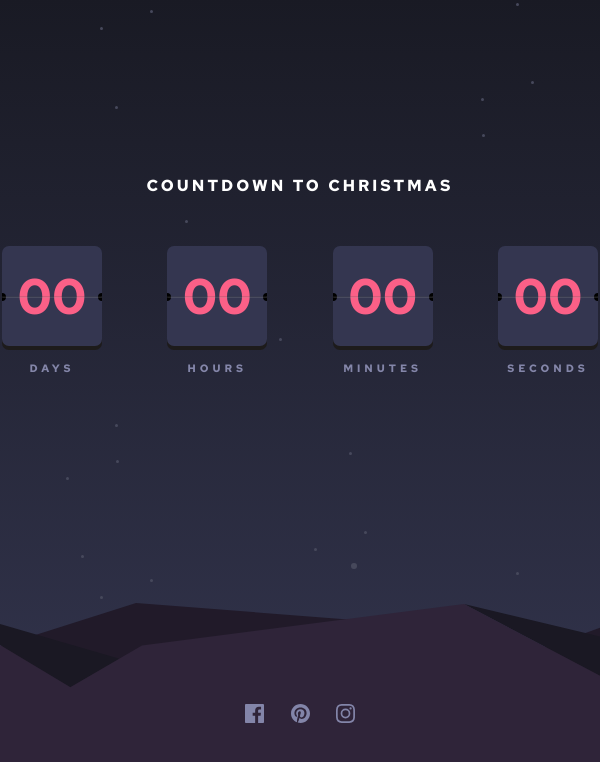
Repository: Eugene44-hub/countdown
Page: index.html
These files come from the project's save history. The page is drawn as it stood at one moment and after the next save; the edit follows.
The browser window is 600 px wide. The pictures show the whole page.

Above is the page before, as saved 2021-09-13 02:34:01.

### index.html
<!DOCTYPE html>
<html lang="en">

<head>
    <meta charset="UTF-8">
    <meta http-equiv="X-UA-Compatible" content="IE=edge">
    <meta name="viewport" content="width=device-width, initial-scale=1.0">
    <title>Document</title>
    <link rel="stylesheet" href="style.css">
</head>

<body>
    <div class="container">


        <div class="timer">
            <h4 class="col10">countdown to christmas</h4>
            <div>
                <div class="card">
                    <div class="circle"></div>
                    <div class="circle circle2"></div>
                    <p id="days">00</p>
                    <hr>
                </div>
                <h6>days</h6>
            </div>
            <div>
                <div class="card">
                    <div class="circle"></div>
                    <div class="circle circle2"></div>
                    <p id="hours">00</p>
                    <hr>
                </div>
                <h6>hours</h6>
            </div>
            <div>
                <div class="card">
                    <div class="circle"></div>
                    <div class="circle circle2"></div>
                    <p id="minutes">00</p>
                    <hr>
                </div>
                <h6>minutes</h6>
            </div>
            <div>
                <div class="card">
                    <div class="circle"></div>
                    <div class="circle circle2"></div>
                    <p id="seconds">00</p>
                    <hr>
                </div>
                <h6>seconds</h6>
            </div>

        </div>
        <footer>
            <div class="social-media" id="facebook">
                <a href=""><img src="images/icon-facebook.svg"></a>
            </div>
            <div class="social-media" id="pinterest">
                <a href="">
                    <img src="images/icon-pinterest.svg">
                </a>
            </div>
            <div class="social-media" id="instagram">
                <a href="">
                    <img src="images/icon-instagram.svg">
                </a>
            </div>



        </footer>
    </div>

    <script src="app.js"></script>

</body>

</html>

</html>

### style.css
    @import url('https://fonts.googleapis.com/css2?family=Red+Hat+Text:wght@700&display=swap');
    * {
        padding: 0;
        margin: 0;
        box-sizing: border-box;
    }

    body {
        /* background-color: hsl(235, 16%, 14%); */
        /* background-color: hsl(234, 17%, 12%); */
        background-image: url('images/pattern-hills.svg'), url('images/bg-stars.svg'), linear-gradient( hsl(235, 18%, 12%), hsl(236, 21%, 26%));
        background-position: bottom, top;
        background-repeat: no-repeat, repeat;
        background-size: contain;
        background-attachment: fixed;
        font-family: 'Red Hat Text';
    }

    .container {
        display: flex;
        width: 100%;
        height: 500px;
        flex-wrap: wrap;
        text-align: center;
    }

    .col10 {
        flex: 100%;
        margin: auto;
    }

    h4 {
        color: white;
        padding: 50px;
        text-transform: uppercase;
        letter-spacing: 3px;
    }

    h6 {
        color: white;
        text-transform: uppercase;
        margin-top: 15px;
        color: hsl(237, 18%, 59%);
        letter-spacing: 4px;
    }

    .timer {
        margin: auto;
        display: flex;
        flex-wrap: wrap;
        justify-content: space-between;
        max-width: 500px;
    }

    .card {
        background-color: hsl(236, 21%, 26%);
        width: 100px;
        height: 100px;
        position: relative;
        overflow: hidden;
        box-shadow: 0px 4px rgb(29, 27, 27);
        border-radius: 7px;
        display: flex;
    }

    p {
        font-size: 50px;
        color: hsl(345, 95%, 68%);
        margin: auto;
    }

    .circle {
        border-width: 4px;
        border-radius: 50%;
        border-color: black;
        border-style: solid;
        height: 1px;
        position: absolute;
        left: -4px;
        top: 47%;
    }

    .circle2 {
        left: 96px;
    }

    hr {
        position: absolute;
        width: 100%;
        top: 50%;
        left: 0%;
        border-color: rgb(158, 158, 158);
        opacity: 0.2;
    }

    footer {
        display: flex;
        justify-content: space-between;
        flex: 100%;
        max-width: 130px;
        position: absolute;
        bottom: 5%;
        left: 50%;
        transform: translate(-50%, -50%);
    }

    img {
        width: 100%
    }

    .social-media {
        width: 30%;
        padding: 10px;
    }

    img:hover {
        background-color: hsl(345, 95%, 68%);
    }

    @media screen and (max-width: 720px) {
        .timer {
            max-width: 100%;
            padding: 2px;
        }
        body {
            background-image: ;
            background-size: auto;
        }
    }
    /* timer color  hsl(345, 95%, 68%)
timer card color hsl(237, 18%, 59%)
* /

### app.js
setInterval(e => {
    const days = document.querySelector('#days');
    const hours = document.querySelector('#hours');
    const minutes = document.querySelector('#minutes');
    const seconds = document.querySelector('#seconds');
    //Actual values
    const proposed = new Date('2021-12-25');
    const current = new Date();

    const proArr = [proposed.getHours(), proposed.getMinutes(), proposed.getSeconds(), proposed.getDay(), proposed.getMonth()];
    let daysTo, hoursTo, minutesTo, secondsTo;

    daysTo = (((proArr.at(-1) * 31) - 7) + proposed.getDate()) - (((current.getMonth() * 31) - 5) + current.getDate());
    hoursTo = (24 - current.getHours());
    minutesTo = (60 - current.getMinutes());
    secondsTo = (60 - current.getSeconds());

    days.textContent = daysTo;
    hours.textContent = hoursTo;
    minutes.textContent = minutesTo;
    seconds.textContent = secondsTo;
}, Infinity)









//calculation starts
// console.log((((proArr.at(-1) * 31) - 7) + proposed.getDate()) - (((current.getMonth() * 31) - 5) + current.getDate()) + 'days to christmas');
// console.log('hours:' + (24 - current.getHours()));
// console.log('minutes:' + (60 - current.getMinutes()));
// console.log('seconds:' + (60 - current.getSeconds()));
//claculations end


// console.log('proposed days:' + (((proArr.at(-1) * 31) - 7) + proposed.getDate()));
// console.log('current days:' + (((current.getMonth() * 31) - 5) + current.getDate()));
//test
// let cal = proposed. - current;
// console.log(proposed);
// console.log(current.getDate());
// console.log(proArr.at(-1) + 1);
// let another = new Date(cal);
// console.log(another)
//359-253 propsed day - current day(mth*31-7) for september minus 6

After the next save:
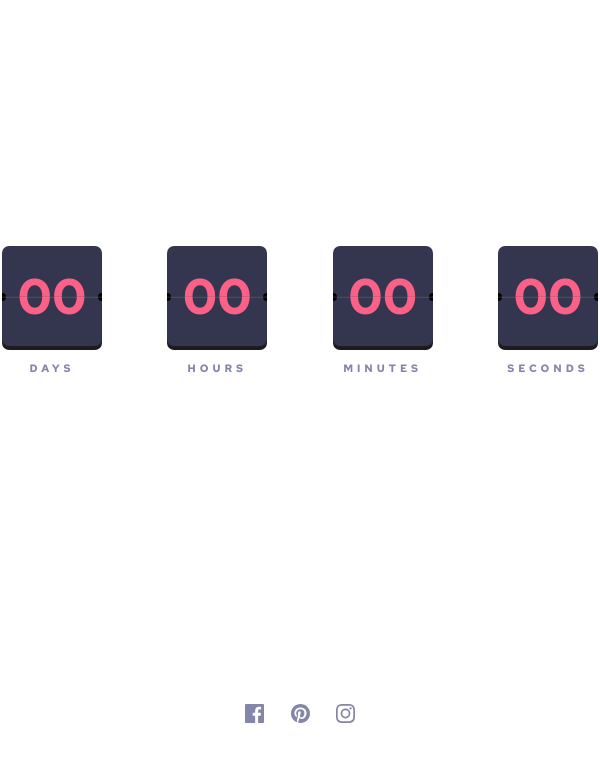
Saved 9 s later.
--- a/style.css
+++ b/style.css
@@ -123,7 +123,7 @@
             padding: 2px;
         }
         body {
-            background-image: ;
+            background-image: url('');
             background-size: auto;
         }
     }
